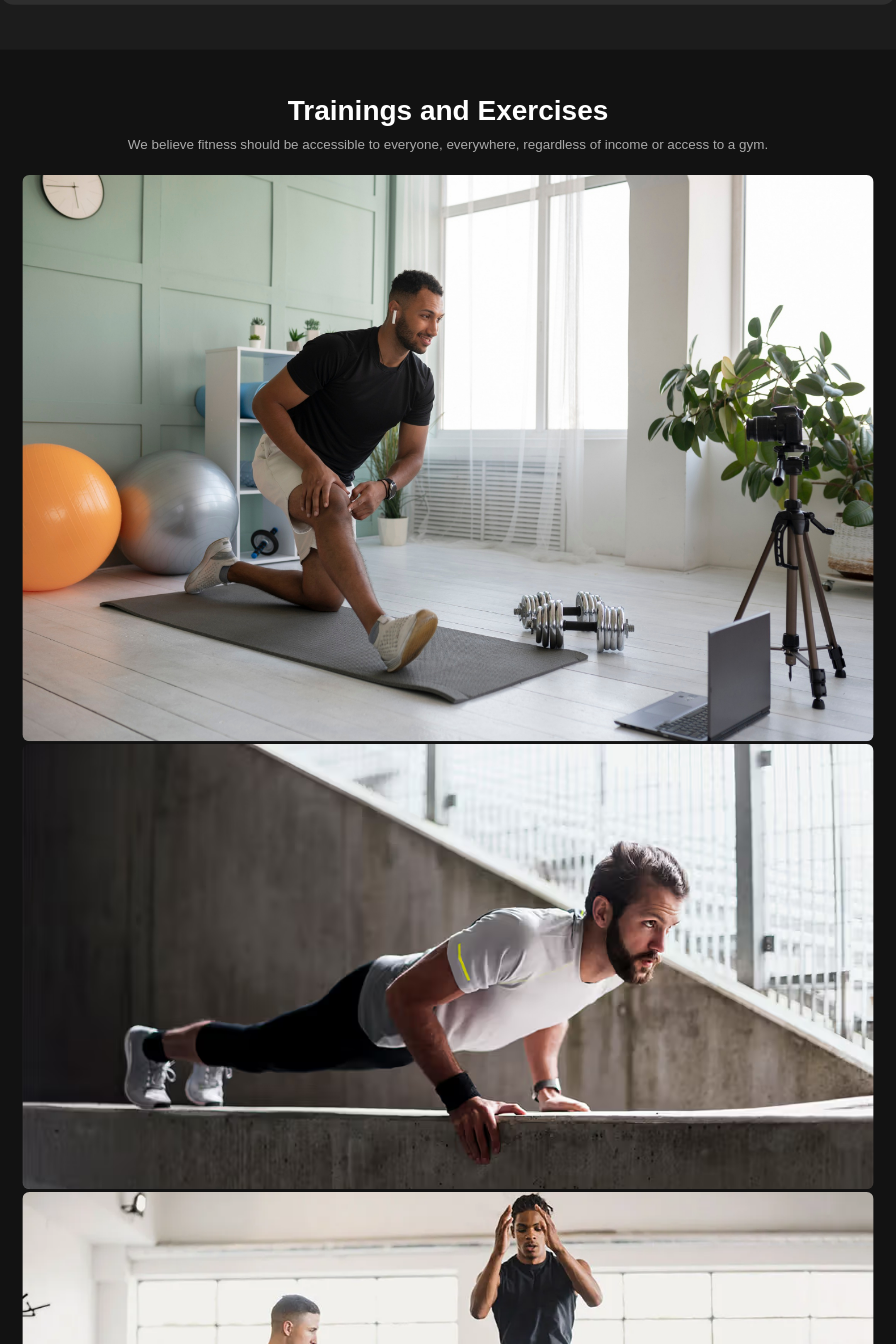
Repository: Aminul-Islam85/Assignment-2
Page: index.html
An editor plug-in stored every save of this project. The page is shown before and after the next save, followed by the edit.
The browser window is 1280 px wide. The pictures show the part of the page from y = 1507 to 3427 px (the page is 8303 px tall before and 4415 px after), at 70% of full size.

Above is the page before, as saved 2024-10-23 18:53:58.

### index.html
<!DOCTYPE html>
<html lang="en">
<head>
    <meta charset="UTF-8">
    <meta name="viewport" content="width=device-width, initial-scale=1.0">
    <title>Fitness Website</title>
    <link rel="stylesheet" href="styles.css">
</head>
<body>

    <nav class="navbar">
        <h1 class="heading-text">Fitness</h1>
        <ul class="nav-links">
            <li><a href="#">Home</a></li>
            <li><a href="#">Service</a></li>
            <li><a href="#">Contact</a></li>
            <li><a href="#">About</a></li>
        </ul>
        <div class="hamburger">
            <span></span>
            <span></span>
            <span></span>
        </div>
    </nav>

    <section class="hero">
        <div class="hero-content">
            <h1>Get Body in <span class="highlighted">shape</span> & stay healthy</h1>
            <p>A huge selection of health and fitness content, healthy recipes and transformation stories to help you get fit and stay fit!</p>
            <div class="hero-buttons">
                <button class="cta-btn join-btn"> Join Club Now</button>
                <button class="cta-btn download-btn">Download App</button>
            </div>
        </div>
        <div class="hero-image">
            <img src="images/image 5.png" alt="Trainer">
        </div>

        <div class="info-card workout-card">500+<br>Free Workout Videos</div>
        <div class="info-card tutorial-card">350+<br>Video Tutorials</div>
    </section>

    <section class="habits">
        <h1>Change Your Habits</h1>
        <p>We believe fitness should be accessible to everyone, everywhere, regardless of income or access to a gym.</p>
        <div class="habits-gallery">
            <div class="habit-item">
                <img src="images/image 3.png" alt="Movement">
                <h3>Movement</h3>
                <p>We believe fitness should be accessible to everyone</p>
            </div>
            <div class="habit-item">
                <img src="images/image 2.png" alt="Time">
                <h3>Time</h3>
                <p>We believe fitness should be accessible to everyone</p>
            </div>
            <div class="habit-item">
                <img src="images/image 4.png" alt="Practice">
                <h3>Practices</h3>
                <p>We believe fitness should be accessible to everyone</p>
            </div>
            <div class="habit-item">
                <img src="images/image 5.png" alt="Wait Loss">
                <h3>Weight Loss</h3>
                <p>We believe fitness should be accessible to everyone</p>
            </div>
        </div>

    </section>

    <section class="extra-mile">
        <div class="extra-mile-content">
            <h2>Run an Extra Mile Easily</h2>
            <p>We believe fitness should be accessible to everyone, everywhere, regardless of income or access to a gym. With hundreds of professional workouts.</p>
            <button class="cta-btn extra-mile-btn">Join NOW</button>
        </div>
        <div class="extra-mile-image">
            <img src="images/run.jpg" alt="Run Image">
        </div>
    </section>

    <section class="trainings-exercises">
        <h2>Trainings and Exercises</h2>
        <p>We believe fitness should be accessible to everyone, everywhere, regardless of income or access to a gym.</p>
        <div>
            <div class="exercise-item">
                <img src="images/exercise1.jpg" alt="Exercise-1">
                <div class="exercise-overlay">
                    <p>Lorem Ipsum</p>
                </div>

            </div>
            <div class="exercise-item">
                <img src="images/exercise2.png" alt="Exercise-2">
                <div class="exercise-overlay">
                    <p>Lorem Ipsum</p>
                </div>
            </div>
            <div class="exercise-item">
                <img src="images/exercise3.png" alt="Exercise-3">
                <div class="exercise-overlay">
                    <p>Lorem Ipsum</p>
                </div>
            </div>
            <div class="exercise-item">
                <img src="images/exercise4.png" alt="Exercise-4">
                <div class="exercise-overlay">
                    <p>Lorem Ipsum</p>
                </div>
            </div>
            <div class="exercise-item">
                <img src="images/exercise5.jpg" alt="Exercise-5">
                <div class="exercise-overlay">
                    <p>Lorem Ipsum</p>
                </div>
            </div>
            <div class="exercise-item">
                <img src="images/run.jpg" alt="">
                <div class="exercise-overlay">
                    <p>Lorem Ipsum</p>
                </div>
            </div>
        </div>
    </section>

    <section class="bmi-calculator">
        <div class="bmi-title">
            <h2>BMI Calculator</h2>
            <p>We believe fitness should be accessible to everyone, everywhere, regardless of income or access to a gym.</p>
        </div>
        <div class="bmi-content">
            <div class="bmi-chart">
                <h3>BMI Calculator Chart</h3>
                <table>
                    <thead>
                        <tr>
                            <th>BMI</th>
                            <th>Weight Status</th>
                        </tr>
                    </thead>
                    <tbody>
                        <tr>
                            <td>Below 18.5</td>
                            <td>Underweight</td>
                        </tr>
                        <tr>
                            <td>18.5 - 24.9</td>
                            <td>Healthy</td>
                        </tr>
                        <tr>
                            <td>25.0 - 29.9</td>
                            <td>Overweight</td>
                        </tr>
                        <tr>
                            <td>30.0 - and Above</td>
                            <td>Obese</td>
                        </tr>
                    </tbody>
                </table>
            </div>

            <div>
                <h3>Calculate your BMI</h3>
                <p>We believe fitness should be accessible to everyone, everywhere, regardless of income or access to a gym.</p>
                <form>
                    <input type="text" placeholder="Height/cm">
                    <input type="text" placeholder="Weight/kg">
                    <input type="text" placeholder="Age">
                    <select>
                        <option value="">Sex</option>
                        <option value="">Male</option>
                        <option value="">Female</option>
                    </select>
                    <select>
                        <option value="">Select an activity factor</option>
                        <option value="">Sedentary</option>
                        <option value="">Lightly active</option>
                        <option value="">Moderatly active</option>
                        <option value="">Very active</option>
                    </select>
                </form>
            </div>
        </div>
    </section>

    <section class="team-selection">
        <div class="team-title">
            <h2>Meet Our Team</h2>
            <p>We believe fitness should be accessible to everyone, everywhere, regardless of income or access to a gym.</p>
        </div>
        <div class="team-content">
            <div class="team-member">
                <img src="images/trainer1.png" alt="Jerome Bell">
                <div class="team-overlay">
                    <h3>Jerome Bell</h3>
                    <p>Trainer</p>
                </div>
            </div>
            <div class="team-member">
                <img src="images/trainer2.png" alt="Cameron Williamson">
                <div class="team-overlay">
                    <h3>Cameron Williamson</h3>
                    <p>Trainer</p>
                </div>
            </div>
            <div class="team-member">
                <img src="images/trainer3.png" alt="Darrell Steward">
                <div class="team-overlay">
                    <h3>Darrell Steward</h3>
                    <p>Trainer</p>
                </div>
            </div>
            <div class="team-member">
                <img src="images/trainer4.png" alt="Dianne Russell">
                <div class="team-overlay">
                    <h3>Dianne Russell</h3>
                    <p>Trainer</p>
                </div>
            </div>
            <div class="team-member">
                <img src="images/trainer5.png" alt="Cody Fisher">
                <div class="team-overlay">
                    <h3>Cody Fisher</h3>
                    <p>Trainer</p>
                </div>
            </div>
            <div class="team-member">
                <img src="images/trainer6.png" alt="Theresa Webb">
                <div class="team-overlay">
                    <h3>Theresa Webb</h3>
                    <p>Trainer</p>
                </div>
            </div>
        </div>
    </section>

    <footer class="footer-section">
        <div class="footer-content">
            <div class="footer-brand">
                <h2 class="footer-logo">Fitness</h2>
                <p>We believe fitness should be accessible to everyone, everywhere, regardless of income or access to a gym.</p>
            </div>
            <div class="footer-links">
                <h3>Get Startted</h3>
                <ul>
                    <li><a href="#">Service</a></li>
                    <li><a href="#">Contact Us</a></li>
                    <li><a href="#">Affiliate Program</a></li>
                    <li><a href="#">About Us</a></li>
                </ul>

            </div>
            <div class="footer-links">
                <h3>Get Started</h3>
                <ul>
                    <li><a href="#">Fitness</a></li>
                    <li><a href="#">Platform</a></li>
                    <li><a href="#">Workout Library</a></li>
                    <li><a href="#">App Design</a></li>
                </ul>
            </div>
        </div>
        <div class="footer-bottom">
            <p>All right reserved &copy; Fitness 2024</p>

        </div>
    </footer>
</body>
</html>

### styles.css
/*Global Styles*/
* {
    margin: 0;
    padding: 0;
    box-sizing: border-box;
}

body {
    font-family: 'Arial', sans-serif;
    background-color:#1c1c1c;
    color: #fff;
}

/*Navbar*/
.navbar {
    display: flex;
    justify-content: space-between;
    align-items: center;
    padding: 1rem 2rem;
    background-color: transparent;
}

.heading-text {
    font-size: 1.5rem;
    color: #ff5e00;
}

/*nav-link hidden in moble*/
.nav-links {
    list-style: none;
    display: flex;
    gap: 2rem;
}

.nav-links a {
    color: #fff;
    text-decoration: none;
    font-size: 1rem;
}

/*Hamburger menu hidden in desktop*/
.hamburger {
    display: none;
    flex-direction: column;
    cursor: pointer;
}

.hamburger span {
    width: 25px;
    height: 3px;
    background-color: #fff;
    margin: 4px;
    transition: 0.3s;
}

/*responsiveness*/

@media (max-width: 768px) {
    .nav-links {
        display: none;
    }
    .hamburger {
        display: flex;
    }
    /*hamburger clicked show nav-links*/
    .navbar.active .nav-links {
        display: flex;
        flex-direction: column;
        position: absolute;
        top: 60px;
        right: 0;
        background-color: #121212;
        width: 100%;
        height: auto;
        text-align: center;
        padding: 1rem 0;
    }
    .nav-links li {
        margin: 1rem 0;
    }
}

/* Hero section*/
.hero {
    display: flex;
    justify-content: space-between;
    align-items: center;
    padding: 4rem 2rem;
    background-color: #121212;
    position: relative;
}
.hero-content {
    max-width: 50%;
}

.hero h1 {
    font-size: 3rem;
    line-height: 1.2;
    margin-bottom: 1rem;
}

.hero .highlighted {
    font-style: italic;
    font-weight: 700;
    color: #ff5e00;
}

.hero p {
    font-size: 1.2rem;
    margin-bottom: 2rem;
}

.hero-buttons {
    display: flex;
    gap: 1rem;
}

.cta-btn {
    padding: 1rem 2rem;
    font-size: 1rem;
    border: none;
    border-radius: 5px;
    cursor: pointer;
}

.join-btn {
    background-color: #ff5e00;
    color: #fff;
}

.download-btn {
    background-color: transparent;
    border: 2px solid #fff;
    color: #fff;

}

.hero-image img {
    max-width: 100%;
    height: auto;
}

/*Info Cards*/
.info-card {
    position: absolute;
    background-color: #2e2e2e;
    color: white;
    border-radius: 8px;
    padding: 1re 1.5rem;
    font-size: 1.2rem;
    font-weight: bold;
    text-align: center;
}

.workout-card {
    top: 30%;
    right: 10%;
}

.tutorial-card {
    top: 60%;
    left: 55%;
}

/*Hero reponsive for mobile*/
@media (max-width: 768px) {
.hero {
    flex-direction: column;
    text-align: center;
}
.hero-content {
    max-width: 100%;
    margin-bottom: 2rem;
}
.hero-image img {
    max-width: 100%;
    height: auto;
}
.info-card {
    font-size: 1rem;
    padding: 0.75rem 1 rem;
    position: relative;
    margin: 1rem auto;
    width: auto;
}
.workout-card, .tutorial-card {
    top: auto;
    left: auto;
    right: auto;
    transform: none;
    margin-bottom: 1rem;
 }
}

/*Hero Buttons on mobile*/
@media (max-width:480px) {
    .hero-buttons {
        flex-direction: column;
        gap: 1rem;
    }
    .cta-btn {
        width: 100%;
    }
}

/*Change habit section*/
.habits {
    padding: 4rem 2rem;
    text-align: center;
    background-color: #121212;
}

.habits h2 {
    font-size: 2.5rem;
    margin-bottom: 1rem;
}

.habits p {
    font-size: 1.2rem;
    margin-bottom: 2rem;
}

.habits-gallery {
    display: flex;
    justify-content: space-around;
    align-items: center;
    flex-wrap: wrap;
    gap: 2rem;
}

.habit-item {
    text-align: center;
    max-width: 200px;
}

.habit-item img {
    width: 100px;
    height: 100px;
    border-radius: 50%;
    margin-bottom: 1rem;
}

.habit-item h3 {
    font-size: 1.5rem;
    margin-bottom: 0.5rem;
}
.habit-item p {
    font-size: 1rem;
    color: #aaa;
}

/*Extra mile section*/
.extra-mile {
    display: flex;
    justify-content: space-between;
    align-items: center;
    background-color: #2e2e2e;
    padding: 4rem 2rem;
    border-radius: 20px;
    margin: 4rem 0;
}

.extra-mile-content {
    max-width: 50%;
}
.extra-mile h2 {
    font-size: 2.5rem;
    margin-bottom: 1rem;
}
.extra-mile p {
    font-size: 1.2rem;
    margin-bottom: 2rem;
}
.extra-mile-btn {
    background-color: #ff5e00;
    color: white;
    border: none;
    padding: 1rem 2rem;
    border-radius: 5px;
    cursor: pointer;
}
.extra-mile-image img {
    border-radius: 10px;
    max-width: 100%;
}
/*Footer*/
footer {
    text-align: center;
    padding: 1rem;
    background-color: #333;
    color: #fff;
    margin-top: 2rem;
}
/*responsive design*/
@media (max-width: 768px) {
    .hero h1 {
        font-size: 2rem;
    }
    .hero p {
        font-size: 1rem;
    }
    .extra-mile {
        flex-direction: column;
        text-align: center;
    }
    .extra-mile-content, .extra-mile-image {
        max-width: 100%;
    }
}

@media (max-width: 480px) {
    hero h1 {
        font-size: 1.5rem;
    }
    .hero p {
        font-size: 0.9rem;
    }
}

/* Trainings and Exercise*/
.trainings-exercises {
    padding: 4rem 2rem;
    text-align: center;
    background-color: #121212;
}

.trainings-exercises h2 {
    font-size: 2.5rem;
    margin-bottom: 1rem;
}
.trainings-exercises p {
    font-size: 1.2rem;
    margin-bottom: 2rem;
    color: #aaa;
}
.exercise-gallery {
    display: grid;
    grid-template-columns: repeat(3, 1fr);
    gap: 1rem;
}
.exercise-item {
    position: relative;
}
.exercise-item img {
    width: 100%;
    height: auto;
    border-radius: 10px;
}
.exercise-overlay {
    position: absolute;
    top: 0;
    left: 0;
    width: 100%;
    height: 100%;
    background-color: rgba(0, 0, 0, 0.5);
    color: white;
    display: flex;
    justify-content: center;
    align-items: center;
    opacity: 0;
    transition: opacity 0.3s ease;
    border-radius: 10px;
}
.exercise-item:hover .exercise-overlay {
    opacity: 1;
}
.exercise-overlay p {
    font-size: 1.2rem;
    text-align: center;
}

/*BMI*/
.bmi-calculator {
    background-color: #121212;
    padding: 4rem 2rem;
}
.bmi-title {
    text-align: center;
    margin-bottom: 2rem;
}
.bmi-title h2 {
    font-size: 2.5rem;
    margin-bottom: 1rem;
    color: #fff;
}
.bmi-title p {
    font-size: 1.2rem;
    color: #aaa;
}

/*calculator*/
.bmi-content {
    display: flex;
    justify-content: space-between;
    align-items: flex-start;
    background-color: #2e2e2e;
    padding: 2rem;
    border-radius: 20px;
}
.bmi-chart {
    flex: 1;
    margin-right: 2rem;
}
.bmi-chart h3 {
    color:#fff;
    margin-bottom: 1rem;
}
.bmi-chart table {
    width: 100%;
    border-collapse: collapse;
}
.bmi-chart table th, .bmi-chart table td {
    padding: 1rem;
    text-align: left;
    border: 1px solid #fff;
    color: #fff;
}
.bmi-form {
    flex: 1;
}
.bmi-form h3 {
    color: #fff;
    margin-bottom: 1rem;
}
.bmi-form p {
    margin-bottom: 2rem;
    color: #aaa;
}
.bmi-form input, .bmi-form select {
    width: 100%;
    padding: 1rem;
    margin-bottom: 1rem;
    border-radius: 5px;
    border: none;
    background-color: #333;
    color: #fff;
}
.bmi-form select {
    cursor: pointer;
}
.bmi-form .calculate-btn {
    background-color: #ff5e00;
    color: white;
    border: none;
    padding: 1rem 2rem;
    border-radius: 5px;
    cursor: pointer;
    width: 100%;
    text-align: center;
}

/*responsiveness*/
@media (max-width: 768px) {
    .bmi-content {
        flex-direction: column;
    }
    .bmi-chart {
        margin-right: 0;
        margin-bottom: 2rem;
    }
}

/*Meet our team*/
.team-selection {
    background-color: #121212;
    padding: 4rem 2rem;
}
.team-title {
    text-align: center;
    margin-bottom: 2rem;
}
.team-title h2 {
    font-size: 2.5rem;
    margin-bottom: 1rem;
    color: #fff;
}
.team-title p {
    font-size: 1.2rem;
    color: #aaa;
}

/*Team-content*/
.team-content {
    display: grid;
    grid-template-columns: repeat(3,1fr);
    gap: 1.5rem;
    background-color: #2e2e2e;
    padding: 2rem;
    border-radius: 20px;
}
.team-member {
    position: relative;
    border-radius: 10px;
    overflow: hidden;
}
.team-member img {
    width: 100%;
    height: auto;
    border-radius: 10px;
}
.team-overlay {
    position: absolute;
    bottom: 0;
    left: 0;
    width: 100%;
    background-color: rgba(0, 0, 0, 0.5);
    color: white;
    padding: 1rem;
    text-align: center;
    transition: background-color 0.3s ease;
}
.team-member:hover .team-overlay {
    background-color: rgba(0, 0, 0, 0.7);
}
.team-overlay h3 {
    margin: 0;
    font-size: 1.2rem;
}
.team-overlay p {
    margin: 0.5rem 0 0;
    font-size: 0.9rem;
}

/*responsive design*/
@media (max-width: 768px) {
    .team.content {
        grid-template-columns: repeat(2, 1fr);
    }
}

@media (max-width: 480px) {
    .team.content {
        grid-template-columns: 1fr;
    }
}

/*footer section*/
.footer-section {
    background-color: #2e2e2e;
    padding: 4rem 2rem;
    color: #fff;
}
.footer-content {
    display: flex;
    justify-content: space-between;
    align-items: flex-start;
    margin-bottom: 2rem;
}
.footer-logo {
    font-size: 2.5rem;
    color: #ff5e00;
}
.footer-content p {
    max-width: 300px;
    color: #aaa;
}
.footer-links {
    display: flex;
    flex-direction: column;
}
.footer-links h3 {
    margin-bottom: 1rem;
}
.footer-links ul {
    list-style: none;
    padding: 0;
}
.footer-links li {
    margin-bottom: 0.5rem;
}
.footer-links a {
    color: #fff;
    text-decoration: none;
    transition: 0.3s ease;
}
.footer-links a:hover {
    color: #ff5e00;
}
.footer-bottom {
    text-align: center;
    padding-top: 1rem;
    border-top: 1px solid #444;
    color: #aaa;
}

/*rensiveness*/
@media (max-width: 768px) {
    .footer-content {
        flex-direction: column;
        text-align: center;
    }
    .footer-links {
        margin-top: 2rem;
    }
}

After the next save:
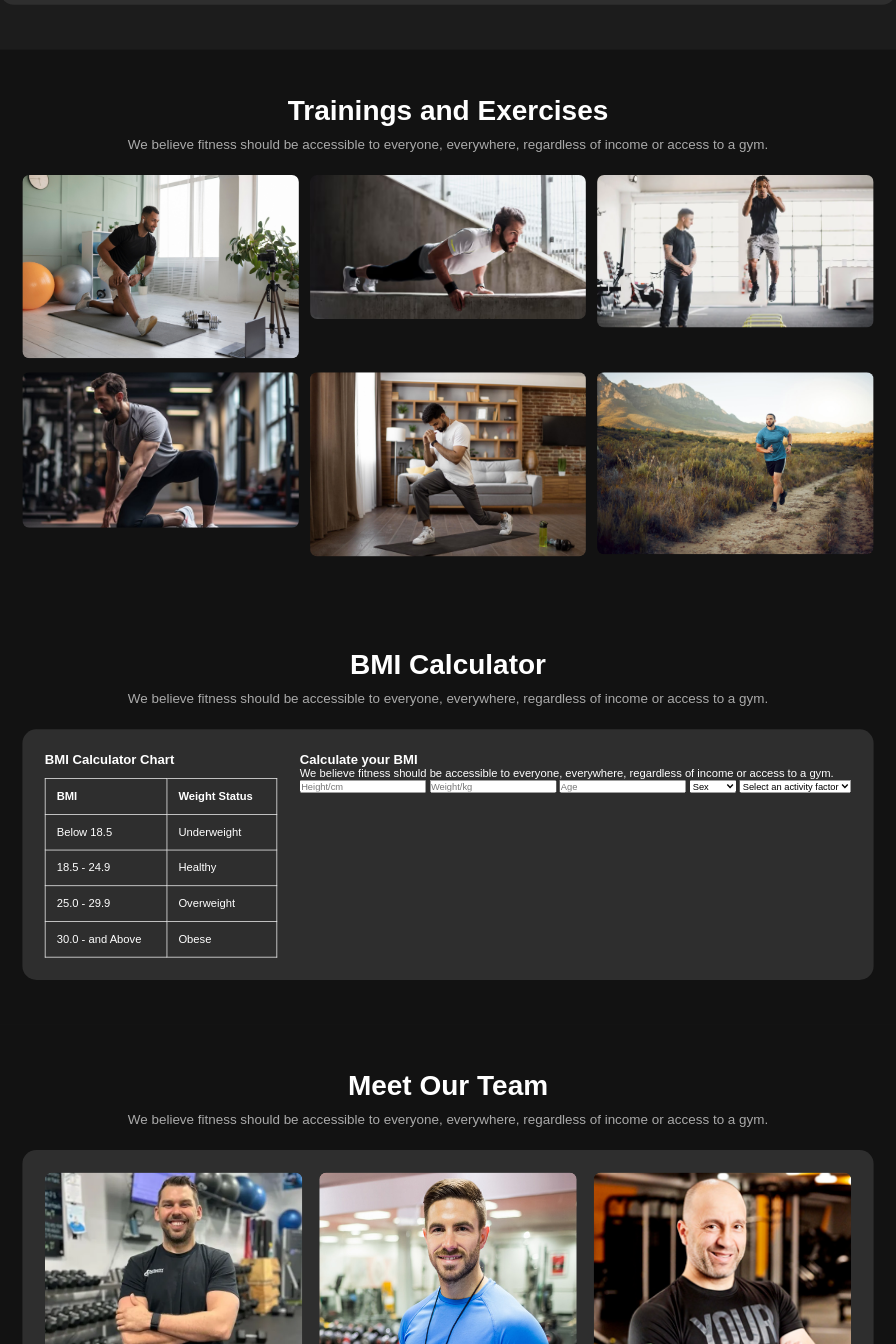
Saved 115 s later.
--- a/index.html
+++ b/index.html
@@ -82,7 +82,7 @@
     <section class="trainings-exercises">
         <h2>Trainings and Exercises</h2>
         <p>We believe fitness should be accessible to everyone, everywhere, regardless of income or access to a gym.</p>
-        <div>
+        <div class="exercise-gallery">
             <div class="exercise-item">
                 <img src="images/exercise1.jpg" alt="Exercise-1">
                 <div class="exercise-overlay">
